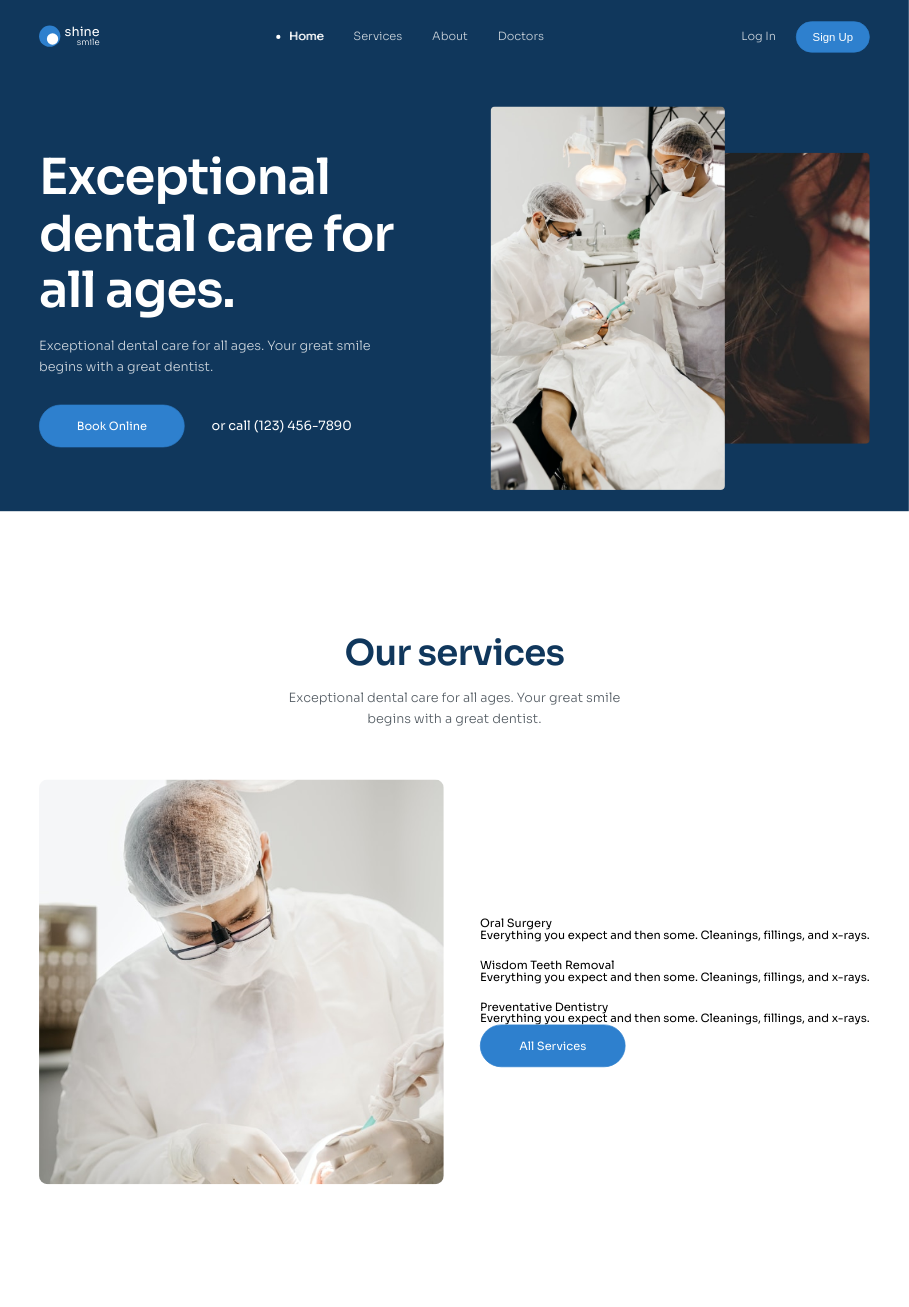
Repository: anhtien111198/f8-htmlcss-03
Page: index.html
An editor plug-in stored every save of this project. The page is shown before and after the next save, followed by the edit.
The browser window is 1280 px wide. The pictures show the whole page, at 71% of full size.

Above is the page before, as saved 2023-05-12 16:53:35.

### index.html
<!DOCTYPE html>
<html lang="en">
    <head>
        <meta charset="UTF-8" />
        <meta http-equiv="X-UA-Compatible" content="IE=edge" />
        <meta name="viewport" content="width=device-width, initial-scale=1.0" />
        <title>shine smile</title>
        <!-- favicon -->
        <link
            rel="apple-touch-icon"
            sizes="57x57"
            href="./assets/favicon/apple-icon-57x57.png"
        />
        <link
            rel="apple-touch-icon"
            sizes="60x60"
            href="./assets/favicon/apple-icon-60x60.png"
        />
        <link
            rel="apple-touch-icon"
            sizes="72x72"
            href="./assets/favicon/apple-icon-72x72.png"
        />
        <link
            rel="apple-touch-icon"
            sizes="76x76"
            href="./assets/favicon/apple-icon-76x76.png"
        />
        <link
            rel="apple-touch-icon"
            sizes="114x114"
            href="./assets/favicon/apple-icon-114x114.png"
        />
        <link
            rel="apple-touch-icon"
            sizes="120x120"
            href="./assets/favicon/apple-icon-120x120.png"
        />
        <link
            rel="apple-touch-icon"
            sizes="144x144"
            href="./assets/favicon/apple-icon-144x144.png"
        />
        <link
            rel="apple-touch-icon"
            sizes="152x152"
            href="./assets/favicon/apple-icon-152x152.png"
        />
        <link
            rel="apple-touch-icon"
            sizes="180x180"
            href="./assets/favicon/apple-icon-180x180.png"
        />
        <link
            rel="icon"
            type="image/png"
            sizes="192x192"
            href="./assets/favicon/android-icon-192x192.png"
        />
        <link
            rel="icon"
            type="image/png"
            sizes="32x32"
            href="./assets/favicon/favicon-32x32.png"
        />
        <link
            rel="icon"
            type="image/png"
            sizes="96x96"
            href="./assets/favicon/favicon-96x96.png"
        />
        <link
            rel="icon"
            type="image/png"
            sizes="16x16"
            href="./assets/favicon/favicon-16x16.png"
        />
        <link rel="manifest" href="./assets/favicon/manifest.json" />
        <meta name="msapplication-TileColor" content="#ffffff" />
        <meta
            name="msapplication-TileImage"
            content="./assets/favicon/ms-icon-144x144.png"
        />
        <meta name="theme-color" content="#ffffff" />
        <!-- font -->
        <link rel="preconnect" href="https://fonts.googleapis.com" />
        <link rel="preconnect" href="https://fonts.gstatic.com" crossorigin />
        <link
            href="https://fonts.googleapis.com/css2?family=Sora:wght@200;300;400;500;600;700;800&display=swap"
            rel="stylesheet"
        />
        <!-- reset css -->
        <link rel="stylesheet" href="./assets/css/reset.css" />
        <!-- style css -->
        <link rel="stylesheet" href="./assets/css/style.css" />
    </head>
    <body>
        <header class="header">
            <div class="container">
                <!-- header top -->
                <div class="header-top">
                    <!-- logo -->
                    <a href="/">
                        <div class="logo">
                            <span class="logo__circle"></span>
                            <span class="logo__text">
                                <span class="logo__brand">shine</span>
                                <span class="logo__brand logo__brand--small">
                                    smile
                                </span>
                            </span>
                        </div>
                    </a>
                    <!-- navbar -->
                    <nav class="navbar">
                        <ul class="navbar__list">
                            <li class="navbar__item">
                                <a
                                    href="#!"
                                    class="navbar__link navbar__link--active"
                                >
                                    Home
                                </a>
                            </li>
                            <li class="navbar__item">
                                <a href="#!" class="navbar__link">Services</a>
                            </li>
                            <li class="navbar__item">
                                <a href="#!" class="navbar__link">About</a>
                            </li>
                            <li class="navbar__item">
                                <a href="#!" class="navbar__link">Doctors</a>
                            </li>
                        </ul>
                    </nav>
                    <!-- action -->
                    <div class="header-action">
                        <a href="#!" class="header-action__login">Log In</a>
                        <button href="#!" class="btn header-action__signup">
                            Sign Up
                        </button>
                    </div>
                </div>
                <!-- Hero -->
                <section class="hero">
                    <!-- hero content -->
                    <section class="hero__content">
                        <h1 class="hero__heading">
                            Exceptional dental care for all ages.
                        </h1>
                        <p class="hero__desc">
                            Exceptional dental care for all ages. Your great
                            smile begins with a great dentist.
                        </p>
                        <div class="hero__row">
                            <a href="" class="btn">Book Online</a>
                            <span class="hero__phone"
                                >or call (123) 456-7890</span
                            >
                        </div>
                    </section>
                    <!-- hero media -->
                    <div class="hero__media">
                        <figure class="hero__images">
                            <img
                                src="./assets/image/hero-01jpg.jpg"
                                alt=""
                                class="hero__img"
                            />
                            <img
                                src="./assets/image/hero-02.jpg"
                                alt=""
                                class="hero__img"
                            />
                        </figure>
                    </div>
                </section>
            </div>
        </header>
        <main style="height: 5000">
            <section class="service">
                <div class="container">
                    <h2 class="service__heading section-heading">
                        Our services
                    </h2>
                    <p class="service__desc section-desc">
                        Exceptional dental care for all ages. Your great smile
                        begins with a great dentist.
                    </p>
                    <div class="service__row">
                        <figure class="service__images">
                            <img
                                src="./assets/image/service-1.jpg"
                                alt=""
                                class="service__img"
                            />
                        </figure>
                        <div>
                            <div class="service__list">
                                <!-- service item 1 -->
                                <section class="service-item">
                                    <div class="service-item__icon-wrap">
                                        <svg
                                            class="service-item__icon"
                                            width="22"
                                            height="24"
                                            viewBox="0 0 22 24"
                                            fill="none"
                                            xmlns="http://www.w3.org/2000/svg"
                                        >
                                            <path
                                                d="M20.3598 2.63964C17.9506 -0.556131 14.2772 -0.568132 11.2481 1.10682C11.001 1.24657 10.7219 1.31411 10.4406 1.30222C10.1592 1.29033 9.88633 1.19945 9.65105 1.03931C8.49552 0.245717 7.29036 -0.316477 5.13904 0.207462C0.623408 1.3071 0 4.90379 0 8.99816C0.0797353 12.1602 0.500857 15.3032 1.25551 18.3683C2.11836 22.0168 3.90382 24 5.43354 24C6.96326 24 7.00963 22.2204 7.00963 20.8016C7.00963 19.2009 7.39505 14.8009 10.8642 14.8009C13.5317 14.8009 14.3333 18.4013 14.3333 20.8016C14.3329 23.095 15.1722 24 16.6628 24C19.5267 24 20.9796 15.3938 21.3719 13.1237C21.7642 10.8535 22.9882 6.12569 20.3598 2.63964Z"
                                                fill="white"
                                            />
                                        </svg>
                                    </div>
                                    <div class="service-item__body">
                                        <h3 class="service-item__heading">
                                            Oral Surgery
                                        </h3>
                                        <p class="service-item__desc">
                                            Everything you expect and then some.
                                            Cleanings, fillings, and x-rays.
                                        </p>
                                    </div>
                                </section>
                                <!-- service item 2 -->
                                <section class="service-item">
                                    <div class="service-item__icon-wrap">
                                        <svg
                                            class="service-item__icon"
                                            width="22"
                                            height="24"
                                            viewBox="0 0 22 24"
                                            fill="none"
                                            xmlns="http://www.w3.org/2000/svg"
                                        >
                                            <path
                                                d="M20.3598 2.63964C17.9506 -0.556131 14.2772 -0.568132 11.2481 1.10682C11.001 1.24657 10.7219 1.31411 10.4406 1.30222C10.1592 1.29033 9.88633 1.19945 9.65105 1.03931C8.49552 0.245717 7.29036 -0.316477 5.13904 0.207462C0.623408 1.3071 0 4.90379 0 8.99816C0.0797353 12.1602 0.500857 15.3032 1.25551 18.3683C2.11836 22.0168 3.90382 24 5.43354 24C6.96326 24 7.00963 22.2204 7.00963 20.8016C7.00963 19.2009 7.39505 14.8009 10.8642 14.8009C13.5317 14.8009 14.3333 18.4013 14.3333 20.8016C14.3329 23.095 15.1722 24 16.6628 24C19.5267 24 20.9796 15.3938 21.3719 13.1237C21.7642 10.8535 22.9882 6.12569 20.3598 2.63964Z"
                                                fill="white"
                                            />
                                        </svg>
                                    </div>
                                    <div class="service-item__body">
                                        <h3 class="service-item__heading">
                                            Wisdom Teeth Removal
                                        </h3>
                                        <p class="service-item__desc">
                                            Everything you expect and then some.
                                            Cleanings, fillings, and x-rays.
                                        </p>
                                    </div>
                                </section>
                                <!-- service item 3 -->
                                <section class="service-item">
                                    <div class="service-item__icon-wrap">
                                        <svg
                                            class="service-item__icon"
                                            width="22"
                                            height="24"
                                            viewBox="0 0 22 24"
                                            fill="none"
                                            xmlns="http://www.w3.org/2000/svg"
                                        >
                                            <path
                                                d="M20.3598 2.63964C17.9506 -0.556131 14.2772 -0.568132 11.2481 1.10682C11.001 1.24657 10.7219 1.31411 10.4406 1.30222C10.1592 1.29033 9.88633 1.19945 9.65105 1.03931C8.49552 0.245717 7.29036 -0.316477 5.13904 0.207462C0.623408 1.3071 0 4.90379 0 8.99816C0.0797353 12.1602 0.500857 15.3032 1.25551 18.3683C2.11836 22.0168 3.90382 24 5.43354 24C6.96326 24 7.00963 22.2204 7.00963 20.8016C7.00963 19.2009 7.39505 14.8009 10.8642 14.8009C13.5317 14.8009 14.3333 18.4013 14.3333 20.8016C14.3329 23.095 15.1722 24 16.6628 24C19.5267 24 20.9796 15.3938 21.3719 13.1237C21.7642 10.8535 22.9882 6.12569 20.3598 2.63964Z"
                                                fill="white"
                                            />
                                        </svg>
                                    </div>
                                    <div class="service-item__body">
                                        <h3 class="service-item__heading">
                                            Preventative Dentistry
                                        </h3>
                                        <p class="service-item__desc">
                                            Everything you expect and then some.
                                            Cleanings, fillings, and x-rays.
                                        </p>
                                    </div>
                                </section>
                            </div>
                            <a href="#!" class="btn">All Services</a>
                        </div>
                    </div>
                </div>
            </section>
        </main>
    </body>
</html>

### assets/css/style.css
* {
    box-sizing: border-box;
}
:root {
    --header-bg: #10375c;
}
html {
    font-size: 62.5%;
}
body {
    font-size: 1.6rem;
    font-family: "Sora", sans-serif;
}
/* ======Common========= */
a {
    text-decoration: none;
}
.container {
    width: 1170px;
    max-width: calc(100% - 48px);
    margin: 0 auto;
}
.btn {
    --height: 60px;
    display: inline-block;
    min-width: 205px;
    height: var(--height);
    padding: 0 20px;
    border-radius: 99px;
    border: 1px solid #2e80ce;
    font-size: 1.6rem;
    font-weight: 400;
    line-height: var(--height);
    color: #fff;
    text-align: center;
    background: #2e80ce;
}
.btn:hover {
    opacity: 0.9;
    cursor: pointer;
}
.section-heading {
    font-weight: 600;
    font-size: 5rem;
    line-height: 1.2;
    letter-spacing: -0.02em;
    color: #10375c;
}
.section-desc {
    margin-top: 18px;
    font-weight: 300;
    font-size: 1.8rem;
    line-height: 1.67;
    color: #575f66;
}
/* ========header============= */
.header {
    min-height: 100vh;
    padding-top: 30px;
    background: var(--header-bg);
}
.logo {
    position: relative;
    display: inline-flex;
    font-size: 1rem;
}
.logo__circle::after,
.logo__circle::before {
    content: "";
    display: inline-block;
    border-radius: 50%;
}
.logo__circle::before {
    width: 3em;
    height: 3em;
    background: #2e80ce;
}
.logo__circle::after {
    position: absolute;
    top: 1.1em;
    left: 1.1em;
    width: 1.6em;
    height: 1.6em;
    background: #ffffff;
}
.logo__text {
    margin-left: 0.6em;
    text-align: right;
    line-height: 1.6em;
}
.logo__brand {
    display: block;
    font-size: 1.8em;
    font-weight: 400;
    color: #ffffff;
}
.logo__brand--small {
    font-size: 1.2em;
    font-weight: 300;
}
/* ========Header top========== */
.header-top {
    display: flex;
    align-items: center;
    justify-content: space-between;
}
.navbar__list {
    display: flex;
}
.header-action__login,
.navbar__link {
    padding: 4px 21px;
    font-weight: 300;
    font-size: 1.6rem;
    color: #c9d2da;
}
.navbar__link:hover,
.navbar__link--active {
    color: #fff;
    text-shadow: 1px 0 0 currentColor;
}
.navbar__link--active::before {
    position: relative;
    top: -2px;
    left: -8px;
    content: "";
    display: inline-block;
    width: 6px;
    height: 6px;
    border-radius: 50%;
    background: #fff;
}
.header-action {
    display: flex;
    align-items: center;
}
.header-action__login {
    margin-right: 7px;
}
.header-action__signup {
    --height: 44px;
    min-width: 104px;
}
/* ========hero=========== */
.hero {
    display: flex;
    align-items: center;
    margin-top: 76px;
}
.hero__content {
    flex-shrink: 0;
    width: 44%;
}
.hero__media {
    flex-grow: 1;
}
.hero__heading {
    font-weight: 600;
    font-size: 7rem;
    line-height: 1.14;
    letter-spacing: -0.02em;
    color: #ffffff;
}
.hero__desc {
    margin-top: 22px;
    font-weight: 300;
    font-size: 1.8rem;
    line-height: 1.67;
    color: #c9d2da;
}
.hero__row {
    display: flex;
    align-items: center;
    margin-top: 38px;
}
.hero__phone {
    margin-left: 38px;
    font-weight: 400;
    font-size: 1.8rem;
    line-height: 1.67;
    color: #ffffff;
}
.hero__images {
    display: flex;
    align-items: center;
    justify-content: flex-end;
}
.hero__img {
    width: 330px;
    height: 540px;
    border-radius: 6px;
    object-fit: cover;
}
.hero__img:first-child {
    position: relative;
    margin-right: -6px;
}
.hero__img:last-child {
    width: 210px;
    height: 410px;
}
/* ========service=========== */
.service {
    padding: 170px 0;
}
.service__heading,
.service__desc {
    text-align: center;
}
.service__desc {
    width: 468px;
    margin-left: auto;
    margin-right: auto;
}
.service__row {
    display: flex;
    align-items: center;
    justify-content: space-between;
    margin-top: 70px;
}
.service__img {
    width: 570px;
    height: 570px;
    border-radius: 12px;
    object-fit: cover;
}

Loaded but not shown: assets/css/reset.css (common file)

After the next save:
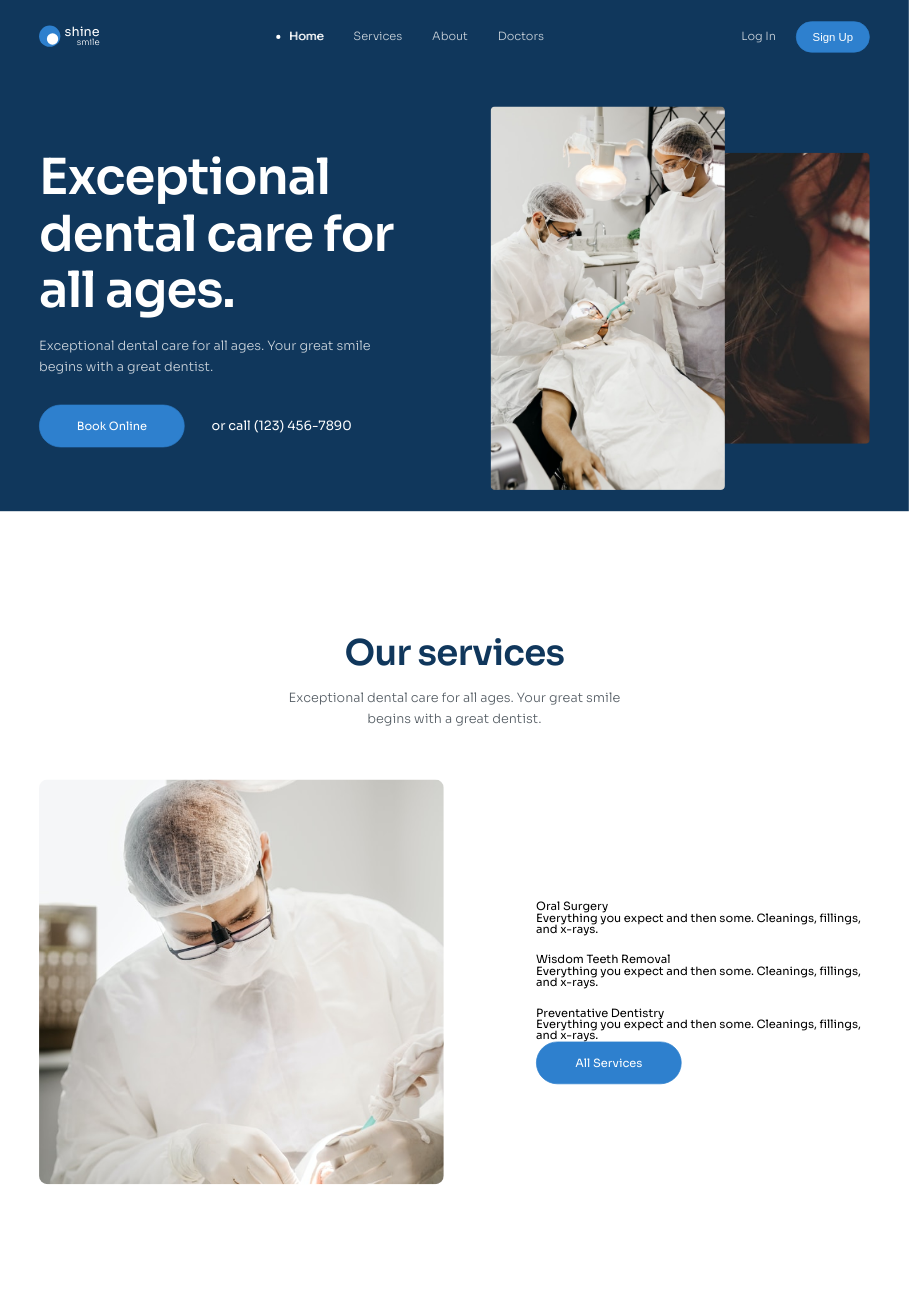
Saved 59 s later.
--- a/assets/css/style.css
+++ b/assets/css/style.css
@@ -224,3 +224,8 @@ a {
     border-radius: 12px;
     object-fit: cover;
 }
+.service-item {
+    width: 470px;
+    background: #ffffff;
+    border-radius: 10px;
+}
